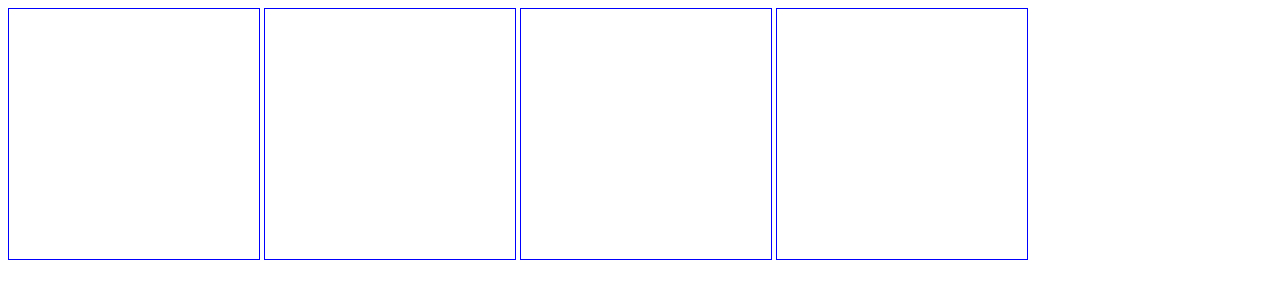
Repository: TheTroyPhillips/Personal-website
Page: index.html
An editor plug-in stored every save of this project. The page is shown before and after a run of saves, followed by the edit.
The browser window is 1280 px wide. The pictures show the whole page.

Above is the page before, as saved 2023-09-10 22:03:59.

After the next 2 saves:
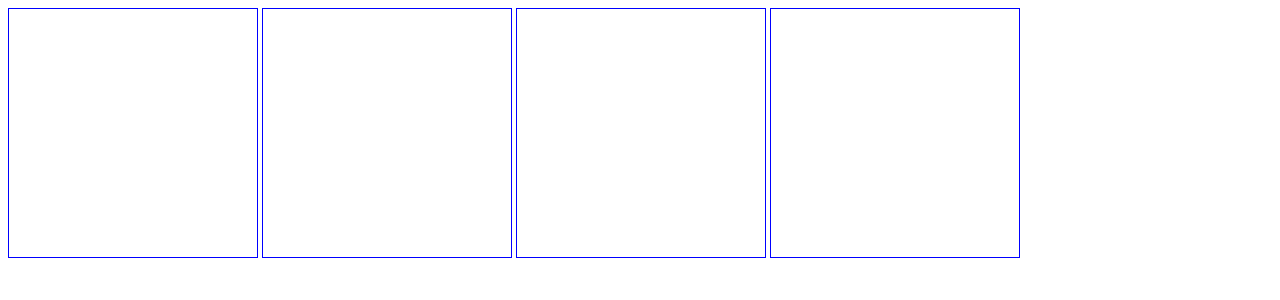
The 2 saves are shown as one change because they came seconds apart.
The last was saved 5 s later.
--- a/style.css
+++ b/style.css
@@ -2,5 +2,6 @@
     width: 250px;
     height: 250px;
     border: 1px solid blue;
-    display: inline-block
+    display: inline-block;
+    box-sizing: border-box;
 }
